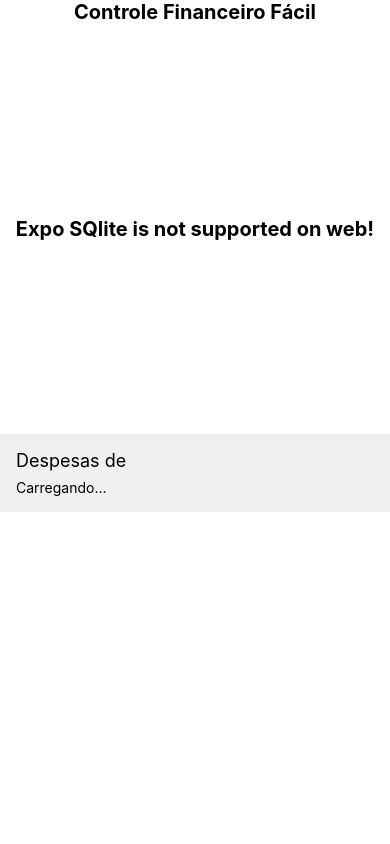
Repository: cristianoAbudu/controle-financeiro-facil
Screen: /
These files come from the project's save history. The screen is drawn as it stood at one moment and after the next save; the edit follows.
The app was drawn by React Native's web renderer in a window 390 px wide. The project was rebuilt for these pictures with package versions that can differ from the ones it lists, and the page was loaded fresh each time. Some packages were replaced by stand-ins written for this rebuild.

Above is the screen before, as saved 2023-11-17 19:31:59.

After the next save:
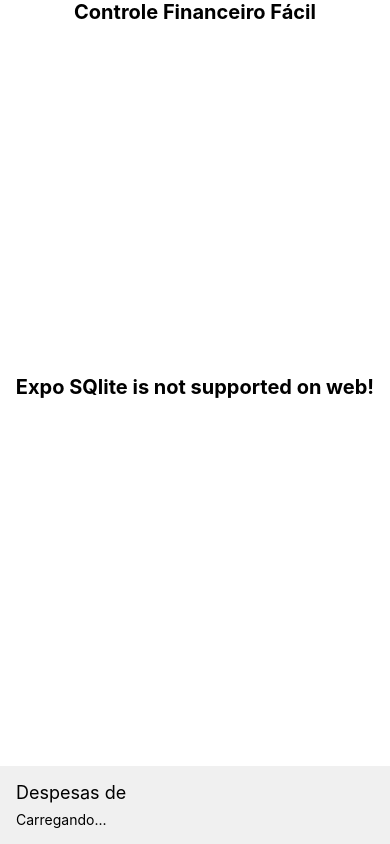
Saved 66 s later.
--- a/App.js
+++ b/App.js
@@ -293,14 +293,16 @@
           </View>
         </>
       )}
-      <ScrollView style={{ flex: 1 }}>
-        <Items
-          key={categoria}
-          categoria={categoria}
-          onPressItem={handlePressItem}
-          forceUpdate={handleForceUpdate}
-        />
-      </ScrollView>
+      <View style={{ marginTop: 16 }}>
+        <ScrollView style={{ flex: 1 }}>
+          <Items
+            key={categoria}
+            categoria={categoria}
+            onPressItem={handlePressItem}
+            forceUpdate={handleForceUpdate}
+          />
+        </ScrollView>
+      </View>
     </View>
   );
 }
